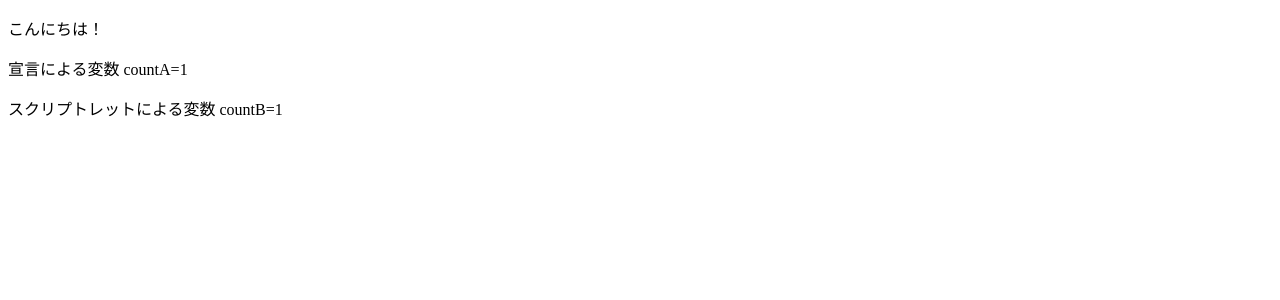
Repository: 3103senoomizho/test
Page: http://localhost/HelloJSP/
The author's editor kept a copy of each file at every save. The page is drawn from the files as they stood at one save, then again after the next save.
The browser window is 1280 px wide. The pictures show the whole page.
The page is served by Tomcat 9.

Above is the page before, as saved 2018-03-01 01:13:01.

### HelloJSP/WebContent/index.jsp
<%@ page language="java" contentType="text/html; charset=UTF-8"
    pageEncoding="UTF-8"%>
<!DOCTYPE html>
<html>
<head>
<meta charset="UTF-8">
<title>TEST</title>
</head>
<body>

<p>こんにちは！</p>

<%! static int countA=0; %>
<%
int countB=0;
countA++;
countB++;
%>

<p>宣言による変数 countA=<%=countA %></p>
<p>スクリプトレットによる変数 countB=<%=countB %></p>

</body>
</html>

After the next save:
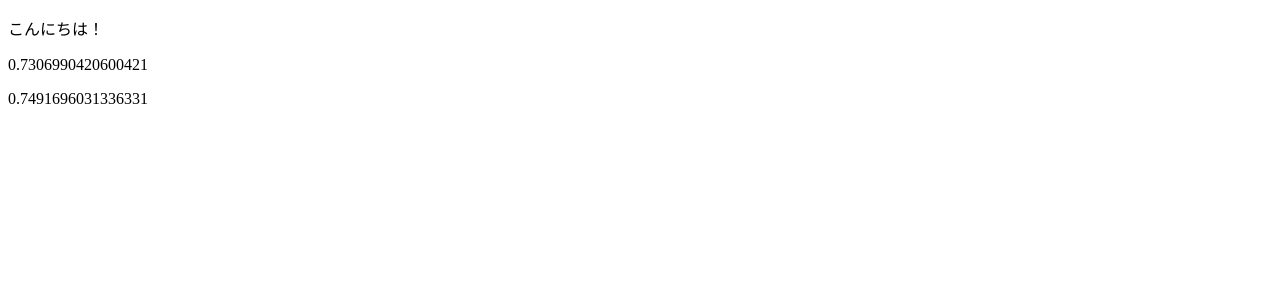
Saved 2 min 20 s later.
--- a/HelloJSP/WebContent/index.jsp
+++ b/HelloJSP/WebContent/index.jsp
@@ -10,15 +10,8 @@
 
 <p>こんにちは！</p>
 
-<%! static int countA=0; %>
-<%
-int countB=0;
-countA++;
-countB++;
-%>
-
-<p>宣言による変数 countA=<%=countA %></p>
-<p>スクリプトレットによる変数 countB=<%=countB %></p>
+<p><% out.println(Math.random());%></p>
+<p><%=Math.random()  %></p>
 
 </body>
 </html>
